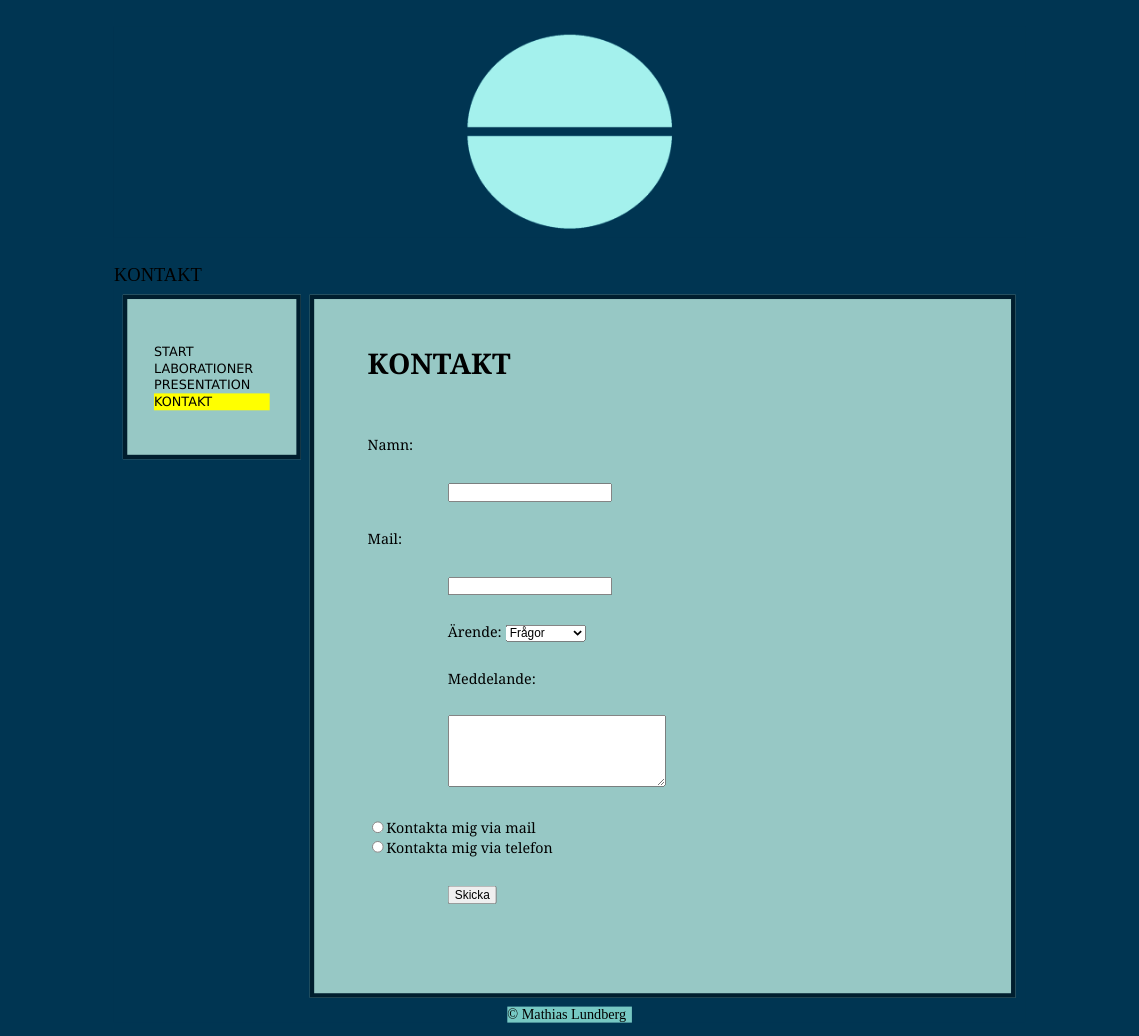
Repository: ml223nw/1ik415-laborationer
Page: pages/kontakt.html
The author's editor kept a record of every edit. The page is drawn from the files as they stood at one moment, then again after the next edit.
The browser window is 1280 px wide. The pictures show the whole page, at 89% of full size.

Above is the page before.

### pages/kontakt.html
<!DOCTYPE html>
<html lang="sv">
    <head>
        <meta charset="utf-8">
        <title>Kontakt - Mathias portal</title>
        <link rel="stylesheet" href="../css/style.css"/>
    </head>
    <body>
    <div id='container'>
    <div id="header">
        </div>
        <div id='pageTitle'>
        <h1>KONTAKT</h1>
        </div>
        <div id='navigation'>
            <ul>
                <li><a href="../index.html">Start</a></li>
                <li><a href="laborationer.html">Laborationer</a></li>
                <li><a href="presentation.html">Presentation</a></li>
                <li><a href="kontakt.html" class="active">Kontakt</a></li>
            </ul>
        </div>
        <div id='content'>
        <h2>KONTAKT</h2>
    <form action=" http://voyager.lnu.se/tekinet/kurser/dtt/wp_webbintro/form.php" method="post">
    <fieldset>
    Namn: <p><input type="text" name="name"></p>
    Mail: <p><input type="text" name="mail"></p>
    <p>Ärende: <select name="type"></p>
        <option value="question" selected>Frågor</option>
        <option value="feedback">Synpunkter</option>
        <option value="other">Övrigt</option>

    </select>


        <p>Meddelande:</p>
        <p><textarea rows="5" cols="28"></textarea></p>
        <input type="radio" name="contact" value="yes">Kontakta mig via mail<br>
        <input type="radio" name="contact" value="no">Kontakta mig via telefon
        <p><input type="submit" value="Skicka"></p>
        </fieldset>
    </form>
    </div>
    <div id="footer">
    <p><p>© Mathias Lundberg</p>
    </div>
    </div>
        </body>
</html>

### css/style.css
/* http://meyerweb.com/eric/tools/css/reset/
   v2.0 | 20110126
   License: none (public domain)
*/
html, body, div, span, applet, object, iframe,
h1, h2, h3, h4, h5, h6, p, blockquote, pre,
a, abbr, acronym, address, big, cite, code,
del, dfn, em, img, ins, kbd, q, s, samp,
small, strike, strong, sub, sup, tt, var,
b, u, i, center,
dl, dt, dd, ol, ul, li,
fieldset, form, label, legend,
table, caption, tbody, tfoot, thead, tr, th, td,
article, aside, canvas, details, embed,
figure, figcaption, footer, header, hgroup,
menu, nav, output, ruby, section, summary,
time, mark, audio, video {
	margin: 0;
	padding: 0;
	border: 0;
	font-size: 100%;
	font: inherit;
	vertical-align: baseline;
}

body {
		background-color:#003552;
		alignment-adjust:middle;
}

#container {
    width:1024px;
    margin-left:auto;
    margin-right:auto;
    color:#004a74;
    background-color:#003552;
	}

#header {
	margin-top:30px;
	margin-bottom:30px;
	background-color:#003552;
	background-image: url('../pics/logoTop.png');
	background-position: center;
	background-repeat: no-repeat;
	height:237px;
    }

#pageTitle {
	color:black;
	font-size: 1.3em;
    margin-right:50px;
    }

#navigation {
	border-style:solid;
    border-width:5px;
    border-color:#001E2E;
	margin-top:10px;
	margin-bottom:10px;
	float:left;
	background-color:#97C8C5;
	padding-top:20px;
	padding-bottom:20px;
	width:190px;
	margin-right:10px;
	margin-left:10px;
	}

	#navigation ul {
    margin-top:5px;
    margin-bottom:5px;
    margin:30px;
    padding-right:20px;
    list-style:none;
	}

#content {
	float:left;
	border-style:solid;
    border-width:5px;
    border-color:#001E2E;
	background-color: #97C8C5;
	width:783px;
	font-family:Georgia, serif;
	padding-top:20px;
	padding-bottom:20px;
	margin-top:10px;
	margin-bottom:10px;
	}

	#content h3, h4, video, img, form, ul, ol, table {
    margin:60px 60px 50px 60px;
    color:black;
    }

    #content h2 {
    margin:30px 60px 30px 60px;
    color:black;
    }

    /* Not used */
    #content h641 {
	font-size: 1.8em;
	font-weight: bold;
    }

    #content h2 {
    color:black;
	font-size: 2.0em;
    font-weight: bold;
	text-transform: uppercase;
    }

   	#content h3 {
   	color:black;
	font-size: 1.2em;
	font-weight: bold;
    }

	#content p {
    margin:30px 90px 30px 90px;
    color:black;
    }

#content li {
    margin:40px;
    }

#footer {
	margin-left:auto;
	margin-right:auto;
	margin-top:10px;
	margin-bottom:15px;
    background-color:#76c8c3;
    width:140px;
    font-family:"Times New Roman", serif;
    font-size:2;
    clear:both;
}

#footer p {
	color:black;

}

.postfooter {
	margin-left:auto;
	margin-right:auto;
	font-style:italic;
    color:#730D0D;
    border: 1px dotted #001E2E;
	width: 592px;
}

#navigation a {
    font-size:0.9em;
    line-height: 130%;
    text-decoration:none;
    font-family:Verdana, sans-serif;
    color:black;
    text-transform:uppercase;
    display:block;
}
#navigation a:hover {
    background-color:#0EABA1;
    width:130px;

}
#navigation a.active {
    background-color:yellow;
    width:130px;

}

#content a:hover {
    font-size:100%;
    color:yellow;
    text-decoration:underline;
}
#content a:visited a:hover {
    font-size:100%;
    color:black;
    text-decoration:underline;
}

.title {
	background-color:#97C8C5;
	margin-right:10px;
	margin-left:10px;
    padding-right:auto;
    width:160px;
    border-color:#001E2E;
    }

#mathiasportal .title {
	color:yellow;
}

#mathiasportal {
	margin-right:10px;
	margin-left:10px;
    font-size:0.9em;
    font-family:Verdana, sans-serif;
    color:black;
}

After the next edit:
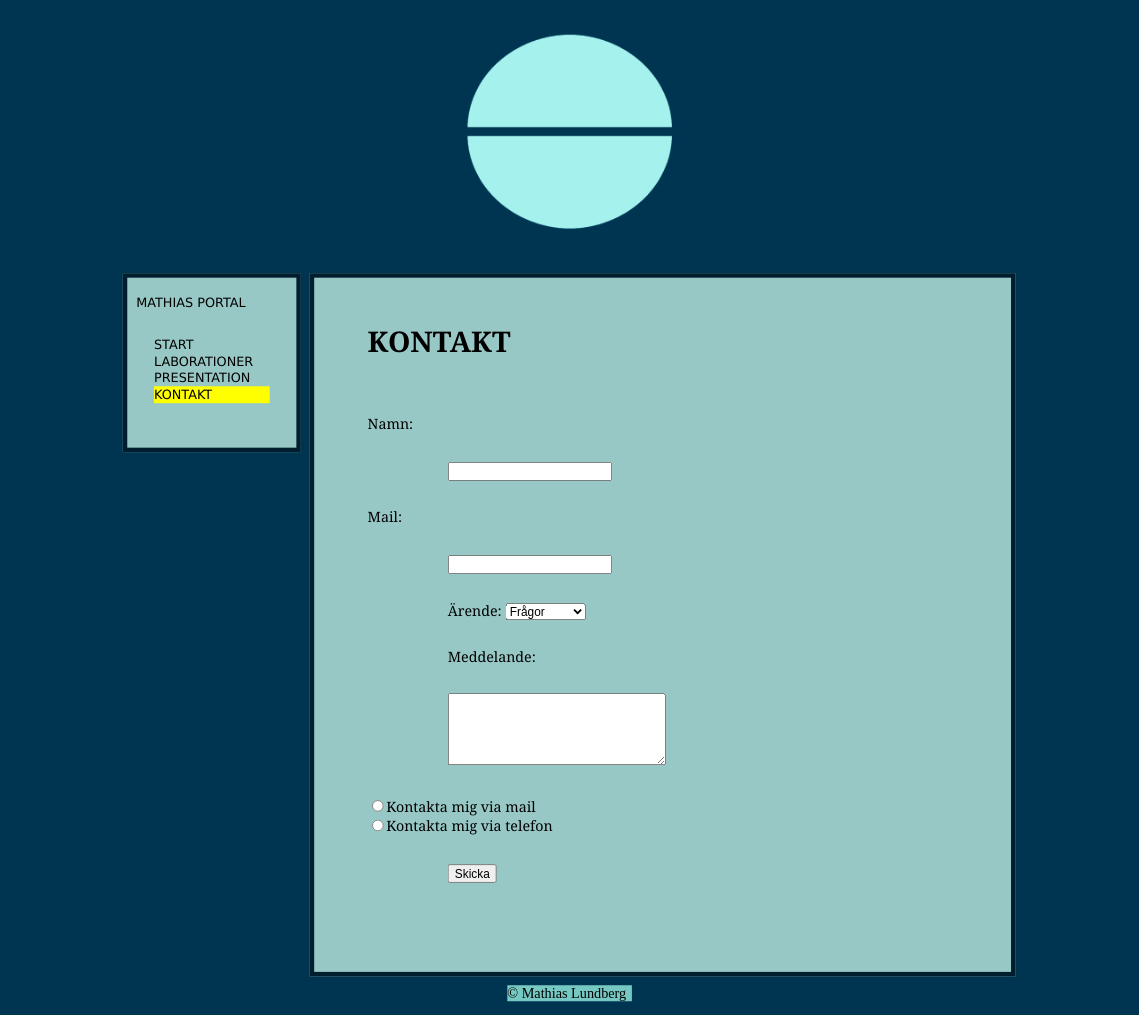
The edit:
--- a/pages/kontakt.html
+++ b/pages/kontakt.html
@@ -9,10 +9,10 @@
     <div id='container'>
     <div id="header">
         </div>
-        <div id='pageTitle'>
-        <h1>KONTAKT</h1>
+
+        <div id='navigation'>
+        <div id="mathiasportal" class="title">MATHIAS PORTAL</h1>
         </div>
-        <div id='navigation'>
             <ul>
                 <li><a href="../index.html">Start</a></li>
                 <li><a href="laborationer.html">Laborationer</a></li>
